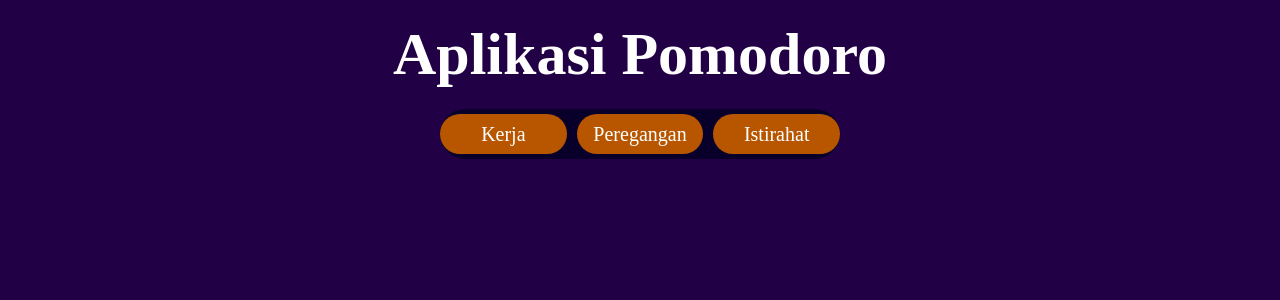
Repository: sellayspy/aplikasiPomodoro
Page: /
The author's editor kept a copy of each file at every save. The page is drawn from the files as they stood at one save, then again after the next save.
The browser window is 1280 px wide. The pictures show the whole page.
The project was rebuilt for these pictures with package versions that can differ from the ones it lists, and the page was loaded fresh each time. Also part of the build but not shown: vite.config.js.

Above is the page before, as saved 2024-11-25 13:24:04.

### index.html
<!DOCTYPE html>
<html lang="en">
  <head>
    <meta charset="UTF-8" />
    <link rel="icon" type="image/svg+xml" href="/vite.svg" />
    <meta name="viewport" content="width=device-width, initial-scale=1.0" />
    <title>Aplikasi Pomodoro</title>
  </head>
  <body>
    <div id="root"></div>
    <script type="module" src="/src/main.jsx"></script>
  </body>
</html>

### src/main.jsx
import { StrictMode } from "react";
import { createRoot } from "react-dom/client";
import { createGlobalStyle, ThemeProvider } from "styled-components";
import App from "./App.jsx";

const GlobalStyle = createGlobalStyle`

*{
  margin: 0;
  padding: 0;
  box-sizing: border-box;
}

  html,body{
    background-color: ${(props) => props.theme.colors.bg};;
    font-size: 62.5%;
  }

  body{
    font-size: 1.6rem;
    color: white;
  }

`;

const theme = {
  colors: {
    primary: "#b85600",
    secondary: "#08002b",
    bg: "#220045",
  },
};

createRoot(document.getElementById("root")).render(
  <StrictMode>
    <ThemeProvider theme={theme}>
      <GlobalStyle />
      <App />
    </ThemeProvider>
  </StrictMode>
);

### src/App.jsx
import styled from "styled-components";
import Judul from "./components/Judul";

function App() {
  return (
    <>
      <Title>Aplikasi Pomodoro</Title>
      <Judul />
    </>
  );
}

export default App;

const Title = styled.h1`
  font-size: 6rem;
  padding: 2rem 0;
  text-align: center;
`;

### src/components/Judul.jsx
import styled from "styled-components";

const Judul = () => {
  return (
    <JudulContainer>
      {["Kerja", "Peregangan", "Istirahat"].map((tag, i) => (
        <Tag key={i}>{tag}</Tag>
      ))}
    </JudulContainer>
  );
};

export default Judul;

const JudulContainer = styled.div`
  background: #08002b;
  height: 5rem;
  width: 40rem;
  margin: 0 auto;
  border-radius: 5rem;
  display: flex;
  gap: 1rem;
  align-items: center;
`;

const Tag = styled.button`
  all: unset;
  height: 4rem;
  text-align: center;
  border-radius: 5rem;
  flex: 1;
  font-size: 2rem;
  background: ${(props) => props.theme.colors.primary};
`;

After the next save:
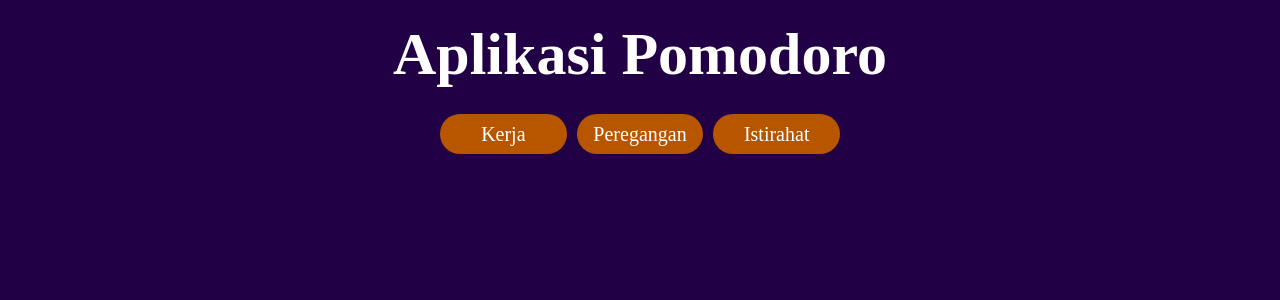
Saved 13 s later.
--- a/src/components/Judul.jsx
+++ b/src/components/Judul.jsx
@@ -13,7 +13,7 @@
 export default Judul;
 
 const JudulContainer = styled.div`
-  background: #08002b;
+  background: ${(props) => props.theme.colors.bg};
   height: 5rem;
   width: 40rem;
   margin: 0 auto;

After the save that followed:
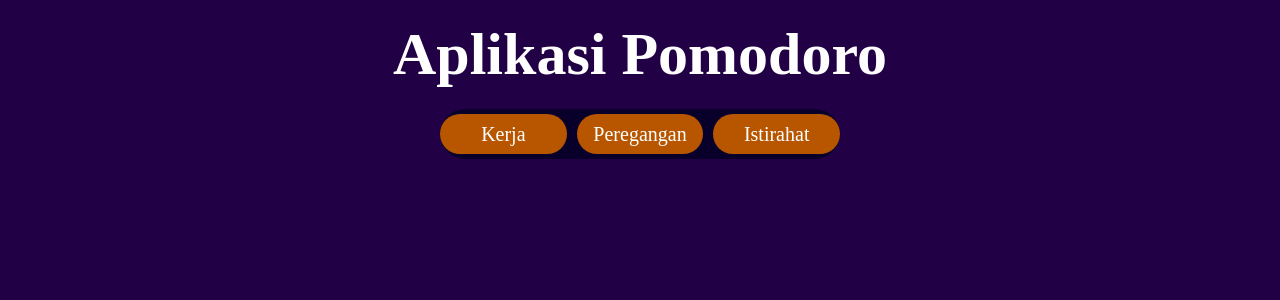
Saved 6 s later.
--- a/src/components/Judul.jsx
+++ b/src/components/Judul.jsx
@@ -13,7 +13,7 @@
 export default Judul;
 
 const JudulContainer = styled.div`
-  background: ${(props) => props.theme.colors.bg};
+  background: ${(props) => props.theme.colors.secondary};
   height: 5rem;
   width: 40rem;
   margin: 0 auto;
